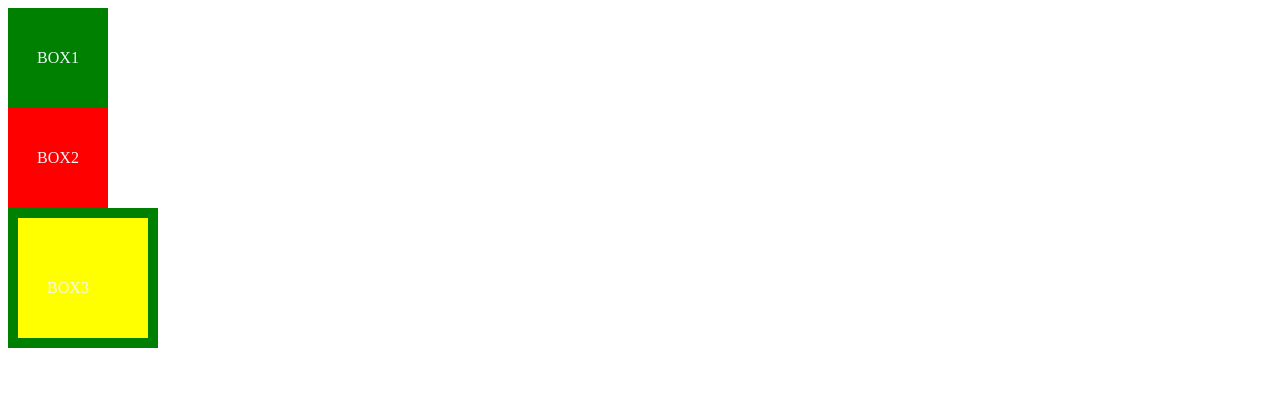
Repository: Ducspdn/WeTheBandF8
Page: html_learn_f8/padding.html
These files come from the project's save history. The page is drawn as it stood at one moment and after the next save; the edit follows.
The browser window is 1280 px wide. The pictures show the whole page.

Above is the page before, as saved 2023-01-12 20:22:02.

### html_learn_f8/padding.html
<!DOCTYPE html>
<html lang="vi">
    <head>
        <title>HELLO</title>
        <style>
              .box{
                width: 100px;
                height: 100px;
                color: aliceblue;
                /* căn giữa chữ trong css */
                 display: flex;
                align-items: center;
                justify-content: center;
              }
             .box1{
                background: green;
                width: 100px;
                height: 100px;
                color: aliceblue;
                display: flex;
                align-items: center;
                justify-content: center;
            }
            .box2{
                background : red;
                width: 100px;
                height: 100px;
                color: aliceblue;
                display : flex ;
                justify-content: center;
                align-content: center;

            }
            .box3{
                background: yellow;
                width: 100px;
                height: 100px;
                color: aliceblue;
                display: flex;
                justify-content: center;
                align-items: center;
                /* padding : đệm làm backgroud lớn hơn  */
                padding-top: 20px;
                padding-right: 30px;
                /* boder : viền bao xung quanh các eletment, boder và padding làm tăng kich thước */
                border: 10px solid green;
            }

        </style>
    </head>
    <body>
        <!-- division : là thẻ dùng để nhóm nhiều phần tử trong html thành một khối để dễ dàng css -->
        <div class=" box box1">BOX1</div>
        <div class=" box box2"> BOX2</div>
        <div class=" box box3">BOX3</div>

    </body>

</html>

After the next save:
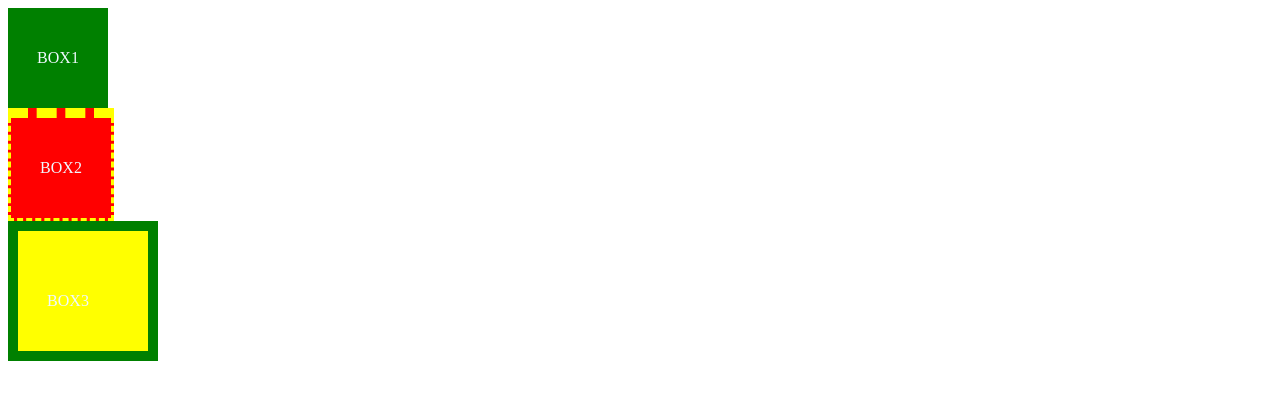
Saved 76 s later.
--- a/html_learn_f8/padding.html
+++ b/html_learn_f8/padding.html
@@ -29,6 +29,9 @@
                 display : flex ;
                 justify-content: center;
                 align-content: center;
+                border-top : 10px ;
+                border-style: dashed;
+                border-color: yellow;
 
             }
             .box3{
